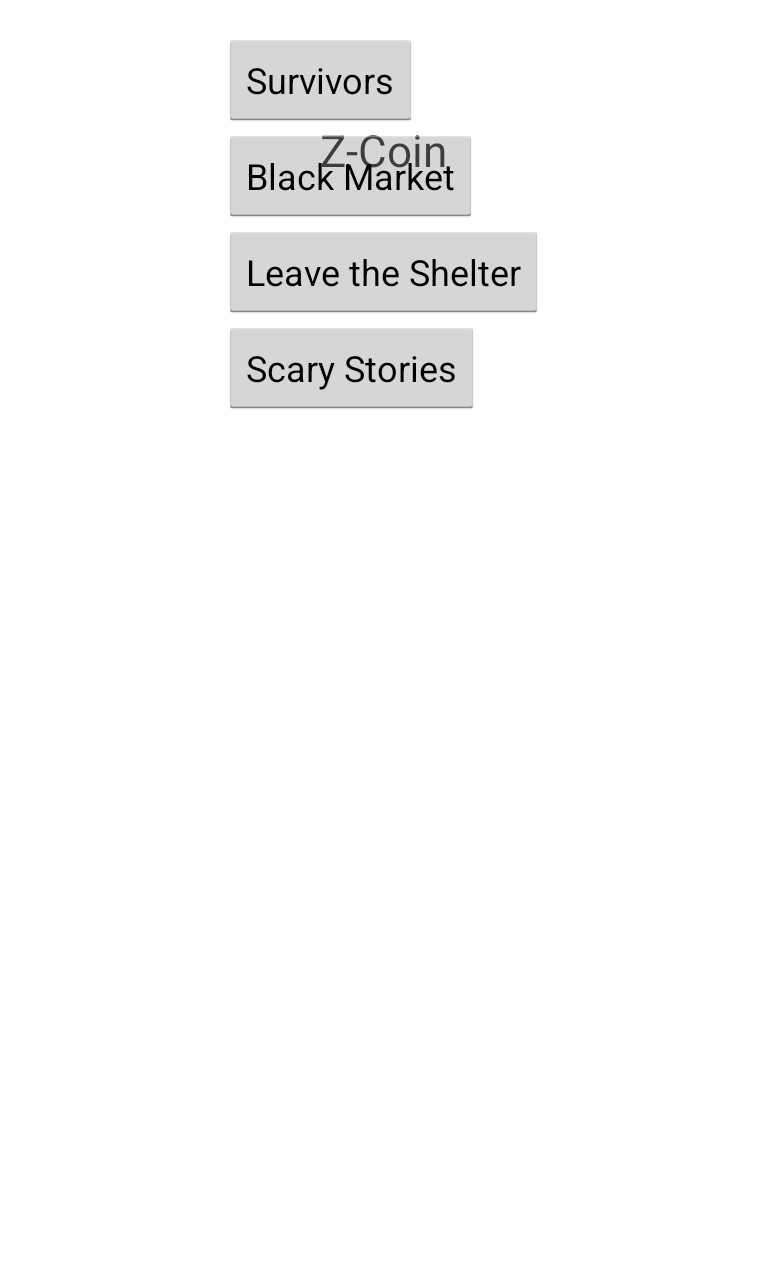
Repository: hekaiyue/Zombie-Coin
Layout: Android Workspace/ZCoins/res/layout/activity_main.xml
The author's editor kept a copy of each file at every save. The layout is drawn from the files as they stood at one save, then again after the next save.
It is drawn on a 768 x 1280 px phone screen (xhdpi) without system bars, with theme AppTheme; the app's code is not run.

Above is the layout before, as saved 2014-02-01 13:07:31.

After the next save:
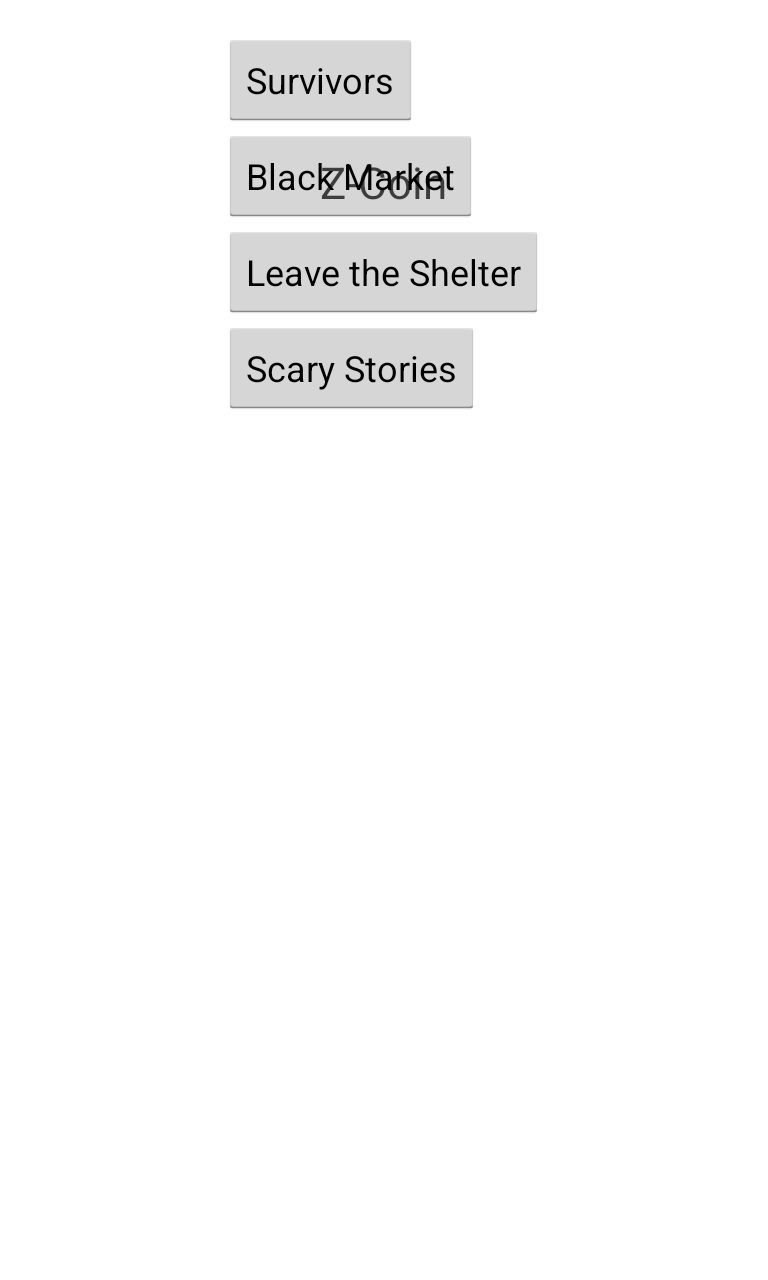
Saved 24 s later.
--- a/Android Workspace/ZCoins/res/layout/activity_main.xml
+++ b/Android Workspace/ZCoins/res/layout/activity_main.xml
@@ -15,6 +15,7 @@
         android:layout_alignParentTop="true"
         android:layout_centerHorizontal="true"
         android:layout_marginTop="44dp"
+        android:layout_marginTop="60dp"
         android:text="@string/app_name"
         android:textAppearance="?android:attr/textAppearanceLarge" />
 

After the save that followed:
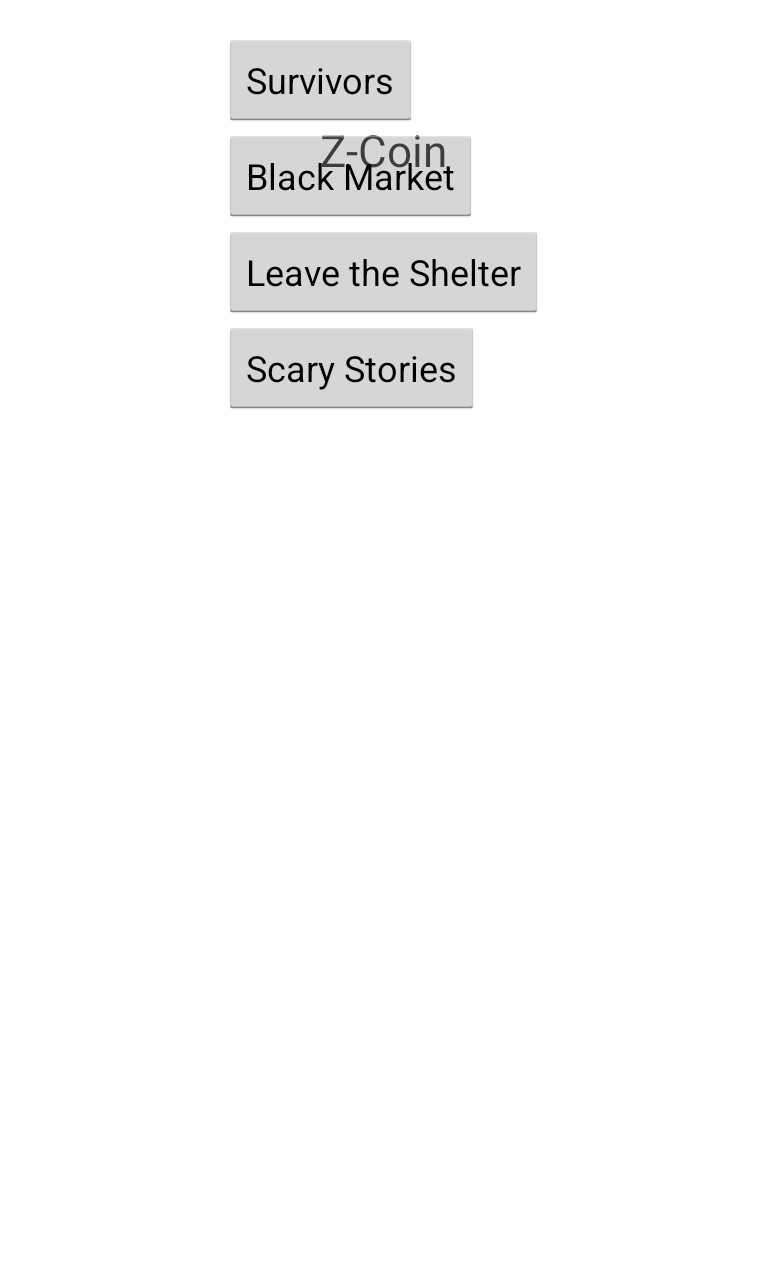
Saved 31 s later.
--- a/Android Workspace/ZCoins/res/layout/activity_main.xml
+++ b/Android Workspace/ZCoins/res/layout/activity_main.xml
@@ -15,7 +15,7 @@
         android:layout_alignParentTop="true"
         android:layout_centerHorizontal="true"
         android:layout_marginTop="44dp"
-        android:layout_marginTop="60dp"
+        android:layout_marginBottom="26dp"
         android:text="@string/app_name"
         android:textAppearance="?android:attr/textAppearanceLarge" />
 
